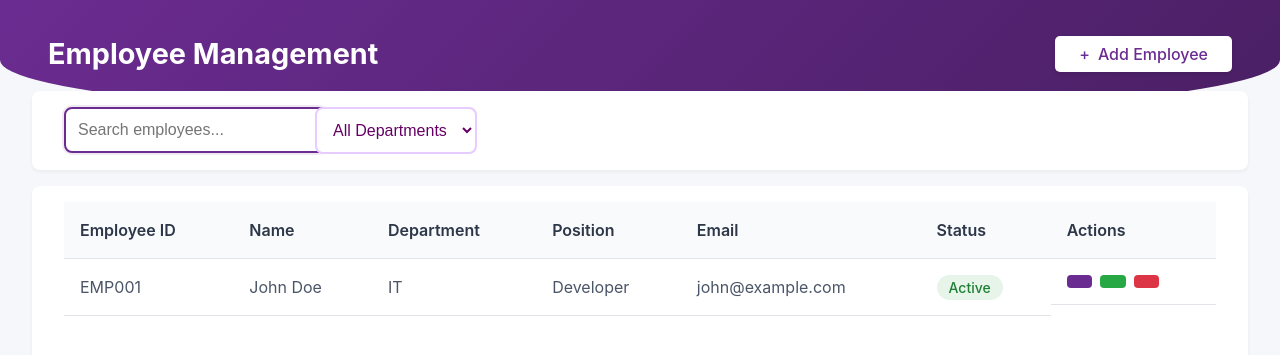
Repository: nino-pixel/payrolllatest
Page: /employees (app in web_vue/)
The author's editor kept a copy of each file at every save. The page is drawn from the files as they stood at one save, then again after the next save.
The browser window is 1280 px wide. The pictures show the whole page.
The first visible `.search-box input` has the focus.
The project was rebuilt for these pictures with package versions that can differ from the ones it lists, and the page was loaded fresh each time. Also part of the build but not shown: web_vue/vite.config.js, web_vue/src/components/login_page.vue, web_vue/src/components/sign_up.vue, web_vue/src/components/dashboard.vue, web_vue/src/components/attendance_management.vue, web_vue/src/components/generate_payroll.vue.

Above is the page before, as saved 2024-12-19 02:11:47.

After the next save:
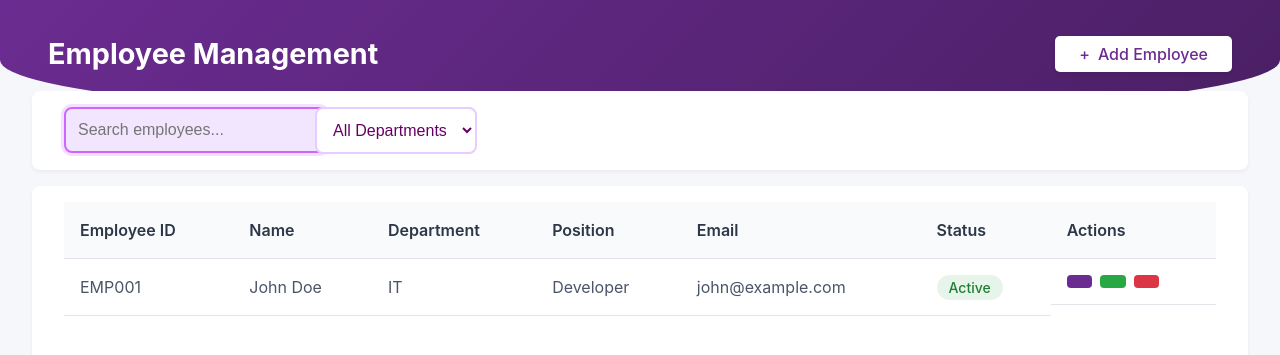
Saved 7 s later.
--- a/web_vue/src/components/employee_management.vue
+++ b/web_vue/src/components/employee_management.vue
@@ -340,9 +340,10 @@
 
 .search-box input:focus,
 .filter-box select:focus {
+    border-color: #cc66ff;
   outline: none;
-  border-color: #6b2c91;
-  box-shadow: 0 0 0 2px rgba(107, 44, 145, 0.1);
+  box-shadow: 0 0 0 3px rgba(204, 102, 255, 0.2);
+  background-color: #f2e6ff;
 }
 
 .table-container {
